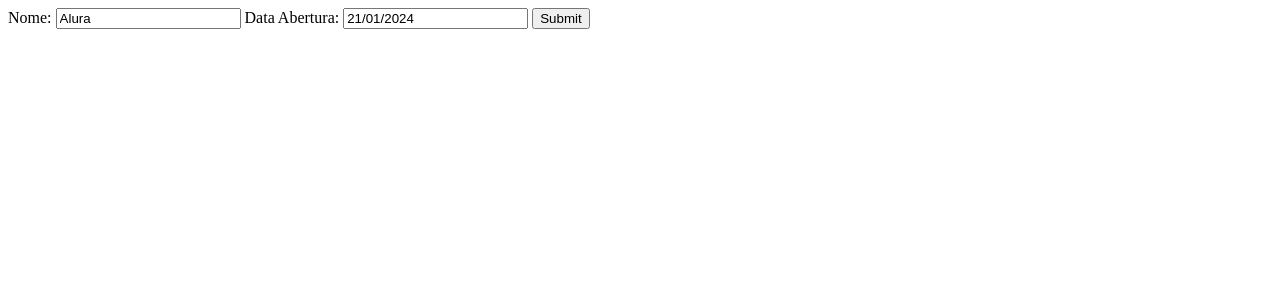
Repository: cruzvindev/curso-jsp-e-servlets-alura
Page: http://localhost/gerenciador/mostraEmpresa?id=1
These files come from the project's save history. The page is drawn as it stood at one moment and after the next save; the edit follows.
The browser window is 1280 px wide. The pictures show the whole page.
The page is served by Tomcat 10.

Above is the page before, as saved 2024-01-23 20:19:14.

After the next save:
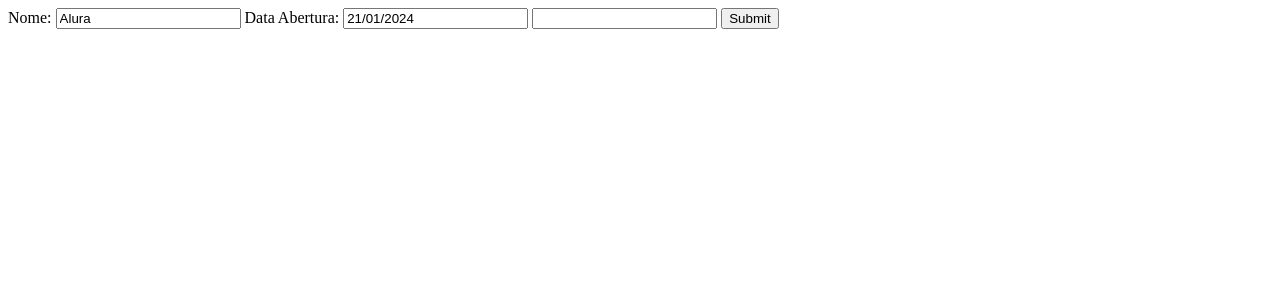
Saved 4 min 8 s later.
--- a/gerenciador/src/main/webapp/formAlteraEmpresa.jsp
+++ b/gerenciador/src/main/webapp/formAlteraEmpresa.jsp
@@ -17,7 +17,7 @@
 		<form action="${linkServletNovaEmpresa }" method="post">
 			Nome: <input type="text" name="nome" value="${empresa.nome}"/>
 			Data Abertura: <input type="text" name="data" value="<fmt:formatDate value="${empresa.dataAbertura }" pattern="dd/MM/yyyy"/>"/>
-
+			<input type="text" name="id" values="${empresa.id }">
 			<input type="submit" />
 		</form>
 

After the save that followed:
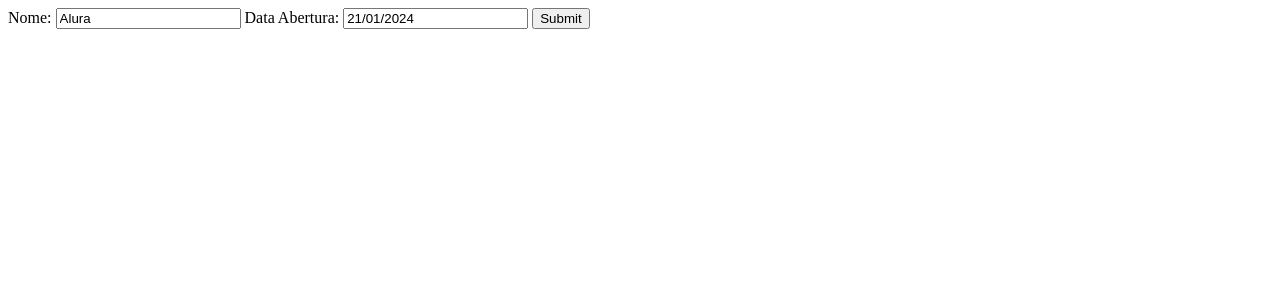
Saved 5 min 42 s later.
--- a/gerenciador/src/main/webapp/formAlteraEmpresa.jsp
+++ b/gerenciador/src/main/webapp/formAlteraEmpresa.jsp
@@ -17,7 +17,7 @@
 		<form action="${linkServletNovaEmpresa }" method="post">
 			Nome: <input type="text" name="nome" value="${empresa.nome}"/>
 			Data Abertura: <input type="text" name="data" value="<fmt:formatDate value="${empresa.dataAbertura }" pattern="dd/MM/yyyy"/>"/>
-			<input type="text" name="id" values="${empresa.id }">
+			<input type="hidden" name="id" value="${empresa.id }">
 			<input type="submit" />
 		</form>
 
